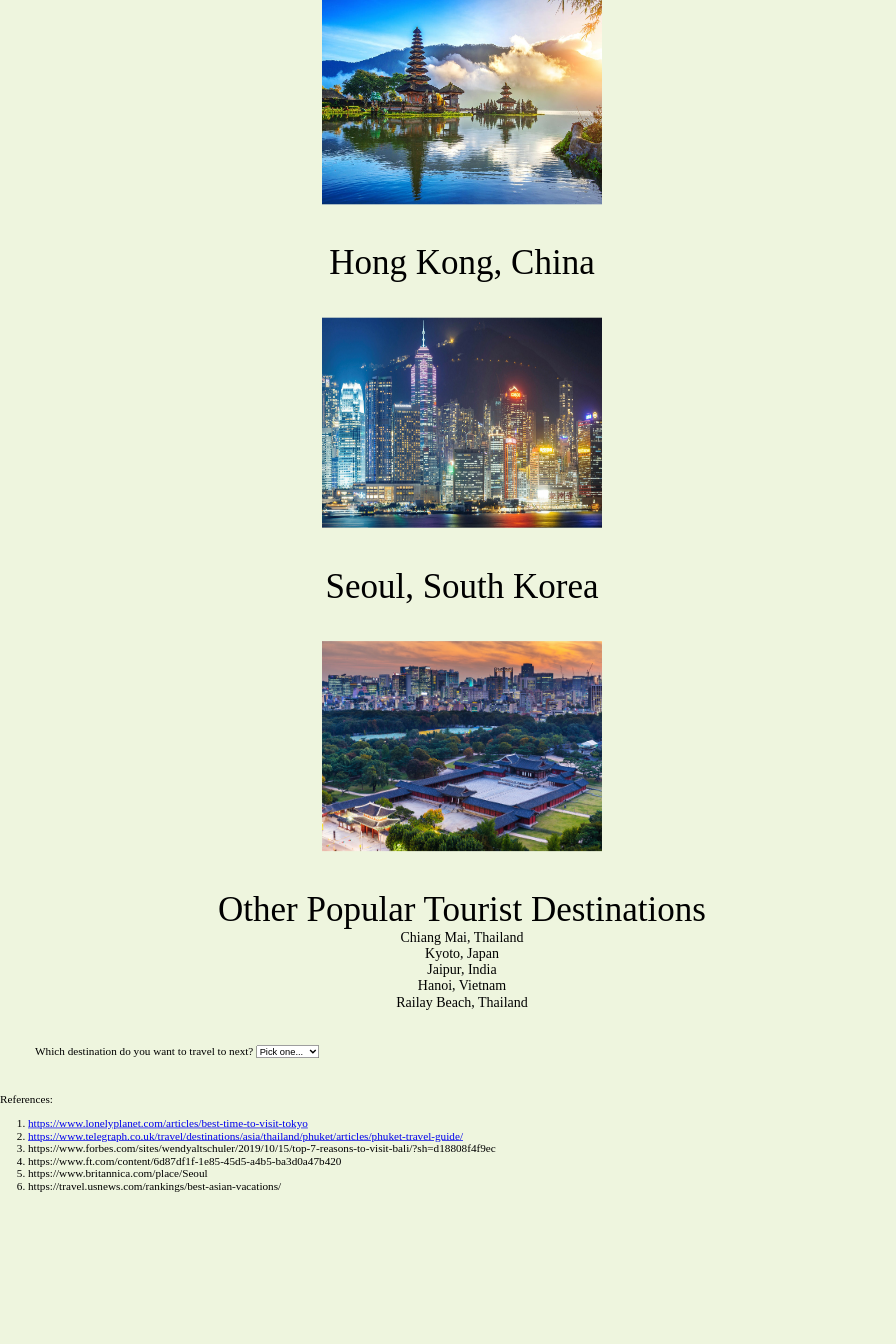
Repository: alharama/StaticWebsite
Page: as_page.html
These files come from the project's save history. The page is drawn as it stood at one moment and after the next save; the edit follows.
The browser window is 1280 px wide. The pictures show the part of the page from y = 1757 to 3677 px (the page is 3677 px tall), at 70% of full size.

Above is the page before, as saved 2021-09-30 00:44:00.

### as_page.html
<!DOCTYPE html>
<html>
<head>

    <link rel = "stylesheet" type="text/css" href="StyleSheet.css">;
    <link rel="icon" href="World.ico">;

    <title> Asia </title>

    <style>

        #as {
            display: block;
            margin-left: auto;
            margin-right: auto;
            margin-top: 30px;
            width: auto;
            height: 300px;

        }


    </style>

</head>

    <header>
        Asia


        <div id="languages">
            <span>Hello</span>
            <span>Bonjour</span>
            <span>Marhabaan</span>
            <span>Zdravstvuyte</span>
            <span>nǐ hǎo</span>
            <span>Salve</span>
            <span>Konnichiwa</span>
            <span>Guten Tag</span>
            <span>Goddag</span>
            <span>Shikamoo</span>
        </div>
    </header>

    <body>

        <nav class="top_nav">
            <ul id="top_nav">
                <li><a href="/index.html">Home</a></li>
                <li><a href="/na_page.html">North America</a></li>
                <li><a href="/sa_page.html">South America</a></li>
                <li><a href="/eu_page.html">Europe</a></li>
                <li><a href="/af_page.html">Africa</a></li>
                <li><a href="/as_page.html">Asia</a></li>
                <li><a href="/au_page.html">Australia</a></li>
                <li><a href="/ant_page.html">Antarctica</a></li>
            </ul>
        </nav>


        <img id="as" src="images/Asia.png" alt="Asia">
        <h1> Top Tourist Destinations in Asia</h1>


        <ul class = "tourist_spots">
            <li> Tokyo, Japan </li>

            <span><img id="dest" src="images/tokyo.jpeg" alt="Tokyo">  </span>
            <li> Phuket, Thailand </li>
            <span><img id = "dest" src="images/Phuket.webp" alt="Phuket">  </span>
            <li> Bali, Indonesia</li>
            <span><img id = "dest" src="images/Bali.jpg" alt = "Bali">  </span>
            <li> Hong Kong, China</li>
            <span><img id = "dest" src="images/HongKong.jpeg" alt="Hong Kong">  </span>
            <li> Seoul, South Korea</li>
            <span><img id="dest" src="images/Seoul.jpeg" alt="Seoul">  </span>

            <div class = "extra_destinations">
                <span id="other_dest_header"> Other Popular Tourist Destinations</span>
                <li>  Chiang Mai, Thailand</li>
                <li> Kyoto, Japan</li>
                <li> Jaipur, India</li>
                <li> Hanoi, Vietnam</li>
                <li> Railay Beach, Thailand</li>
            </div>

        </ul>



        <div id="survey">

            Which destination do you want to travel to next?
            <select>
                <option>Pick one...</option>
                <option>Tokyo</option>
                <option>Phuket</option>
                <option>Bali</option>
                <option>Hong Kong</option>
                <option>Seoul</option>
                <option>Chiang Mai</option>
                <option>Kyoto</option>
            </select>

        </div>




    </body>


    <footer>

        References:

        <ol>
            <li><a href="https://www.lonelyplanet.com/articles/best-time-to-visit-tokyo">https://www.lonelyplanet.com/articles/best-time-to-visit-tokyo</a></li>
            <li><a href="https://www.telegraph.co.uk/travel/destinations/asia/thailand/phuket/articles/phuket-travel-guide/">https://www.telegraph.co.uk/travel/destinations/asia/thailand/phuket/articles/phuket-travel-guide/</a></li>
            <li>https://www.forbes.com/sites/wendyaltschuler/2019/10/15/top-7-reasons-to-visit-bali/?sh=d18808f4f9ec</li>
            <li>https://www.ft.com/content/6d87df1f-1e85-45d5-a4b5-ba3d0a47b420</li>
            <li>https://www.britannica.com/place/Seoul</li>
            <li>https://travel.usnews.com/rankings/best-asian-vacations/</li>
        </ol>

    </footer>
</html>

### StyleSheet.css

 @import url('https://fonts.googleapis.com/css2?family=Kaushan+Script&display=swap');



 header {
    text-align: center;
    padding: 5px;
    font-family: 'Kaushan Script', cursive;
    font-size: 100px;
    border-bottom: 1px solid;

}

body{
    background: rgb(238, 245, 222);
    margin: 0px;
    padding-bottom: 200px;
}

.top_nav {
    width: 100%;
    font-size: 40px;
    text-align: center;
    color: red;

}

.top_nav ul {
    margin: 0px;
    color: blue;
}

.top_nav li {
    display: inline-block;

}

.top_nav a {
    text-decoration:underline;
    color: rgb(175, 52, 52);

}

.top_nav a:hover {
    background-color: lightgray;
}


#languages{

    display: flex;
    font-size: 20px;
    justify-content:space-around;
}



 h1 {
    text-align: center;
    font-family: 'Kaushan Script', cursive;
}

.tourist_spots {
    text-align: center;
}
.tourist_spots li {
    list-style: none;
    text-align: center;
    font-size: 50px;

}


#dest {
    width: 400px;
    height: 300px;
    padding: 50px;
}

#other_dest_header {
    font-size: 50px;
}
.extra_destinations li{
    font-size: 20px;
}

#survey {
    margin: 50px;
}

After the next save:
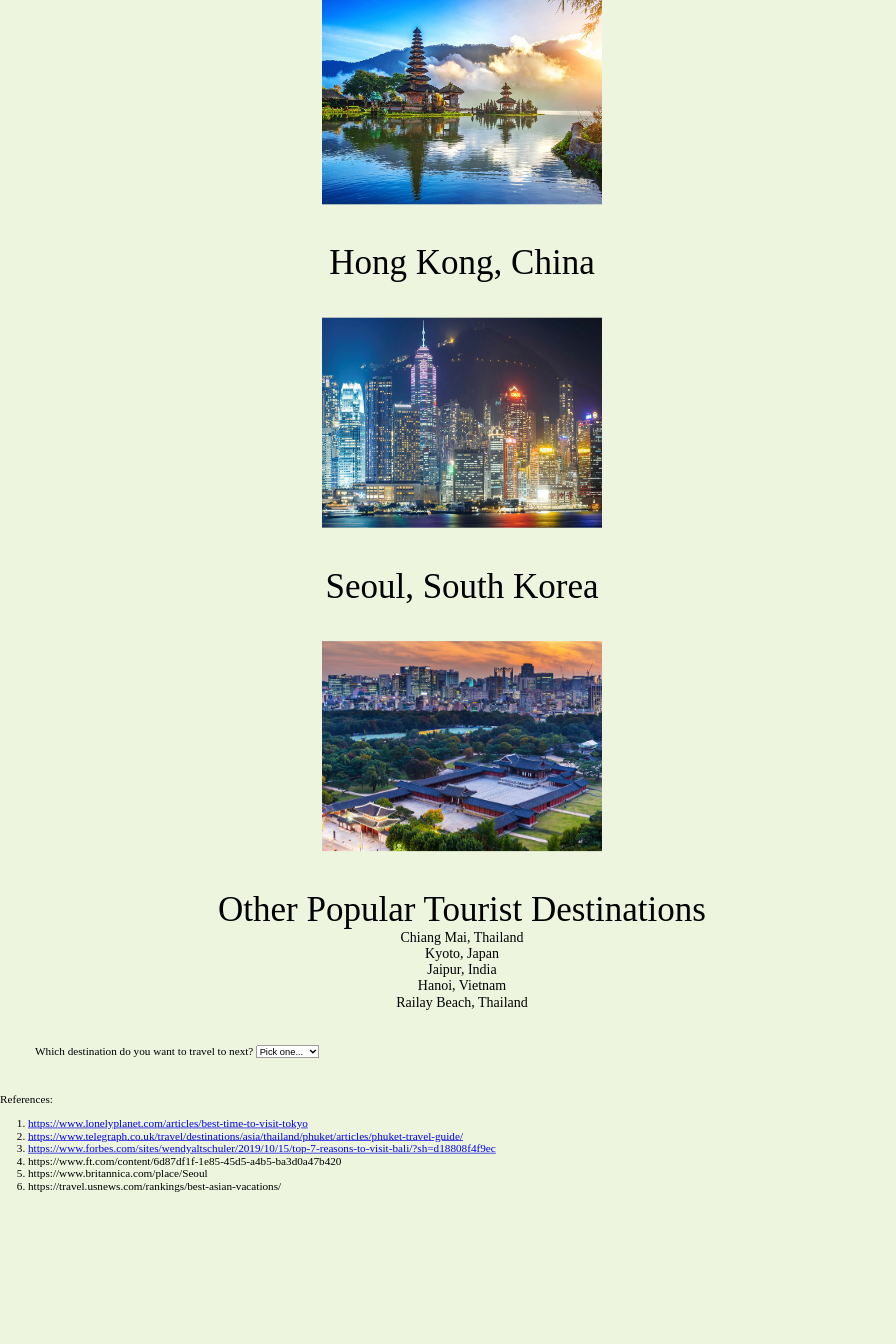
Saved 12 s later.
--- a/as_page.html
+++ b/as_page.html
@@ -117,7 +117,7 @@
         <ol>
             <li><a href="https://www.lonelyplanet.com/articles/best-time-to-visit-tokyo">https://www.lonelyplanet.com/articles/best-time-to-visit-tokyo</a></li>
             <li><a href="https://www.telegraph.co.uk/travel/destinations/asia/thailand/phuket/articles/phuket-travel-guide/">https://www.telegraph.co.uk/travel/destinations/asia/thailand/phuket/articles/phuket-travel-guide/</a></li>
-            <li>https://www.forbes.com/sites/wendyaltschuler/2019/10/15/top-7-reasons-to-visit-bali/?sh=d18808f4f9ec</li>
+            <li><a href="https://www.forbes.com/sites/wendyaltschuler/2019/10/15/top-7-reasons-to-visit-bali/?sh=d18808f4f9ec">https://www.forbes.com/sites/wendyaltschuler/2019/10/15/top-7-reasons-to-visit-bali/?sh=d18808f4f9ec</a></li>
             <li>https://www.ft.com/content/6d87df1f-1e85-45d5-a4b5-ba3d0a47b420</li>
             <li>https://www.britannica.com/place/Seoul</li>
             <li>https://travel.usnews.com/rankings/best-asian-vacations/</li>
